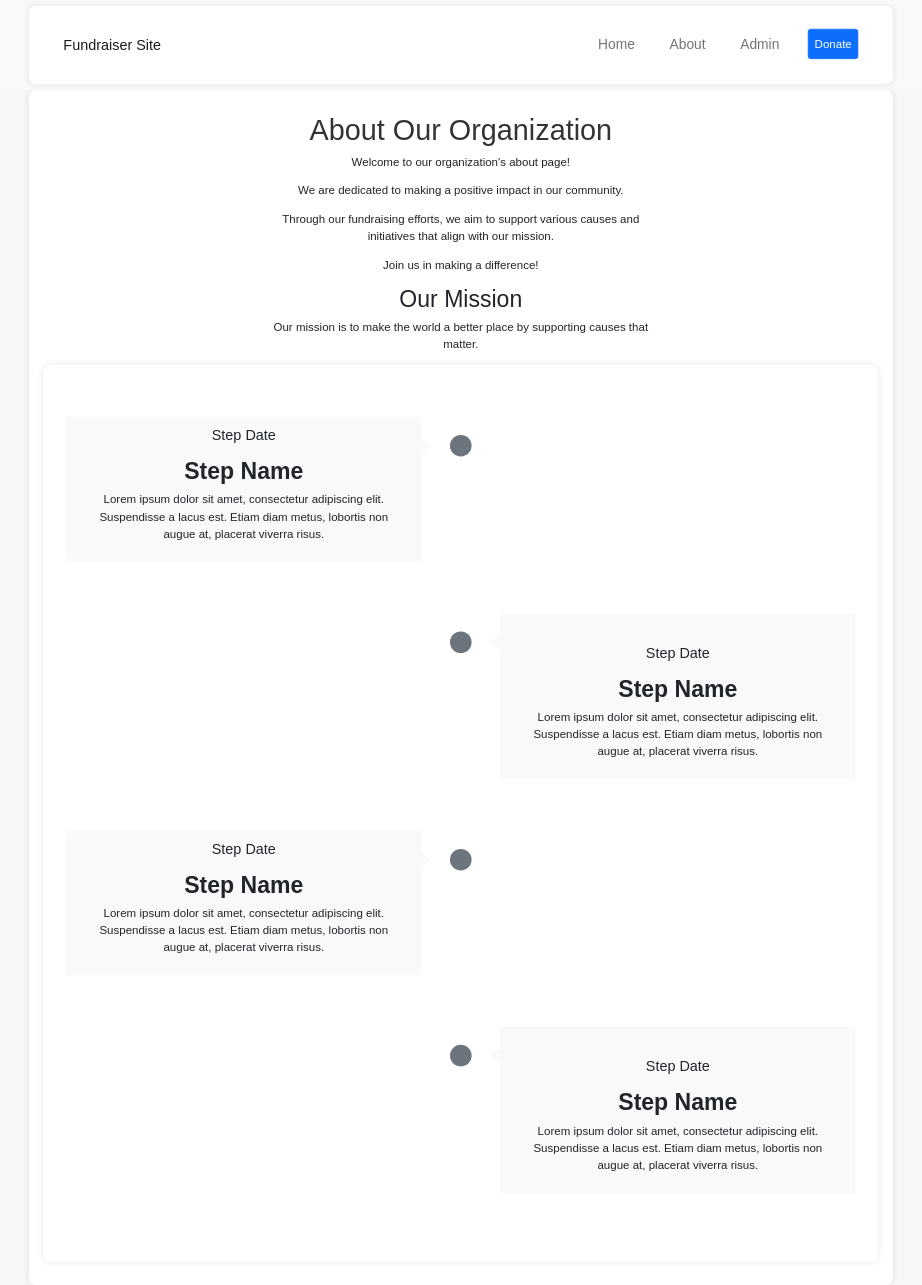
Repository: DragonFruit8/Fundraiser-Page
Page: /about
The author's editor kept a copy of each file at every save. The page is drawn from the files as they stood at one save, then again after the next save.
The browser window is 1280 px wide. The pictures show the whole page, at 72% of full size.
The project was rebuilt for these pictures with package versions that can differ from the ones it lists, and the page was loaded fresh each time. Also part of the build but not shown: src/pages/HomeContainer.js, src/pages/Donate.js, src/pages/Admin.js.

Above is the page before, as saved 2024-07-19 14:00:24.

After the next save:
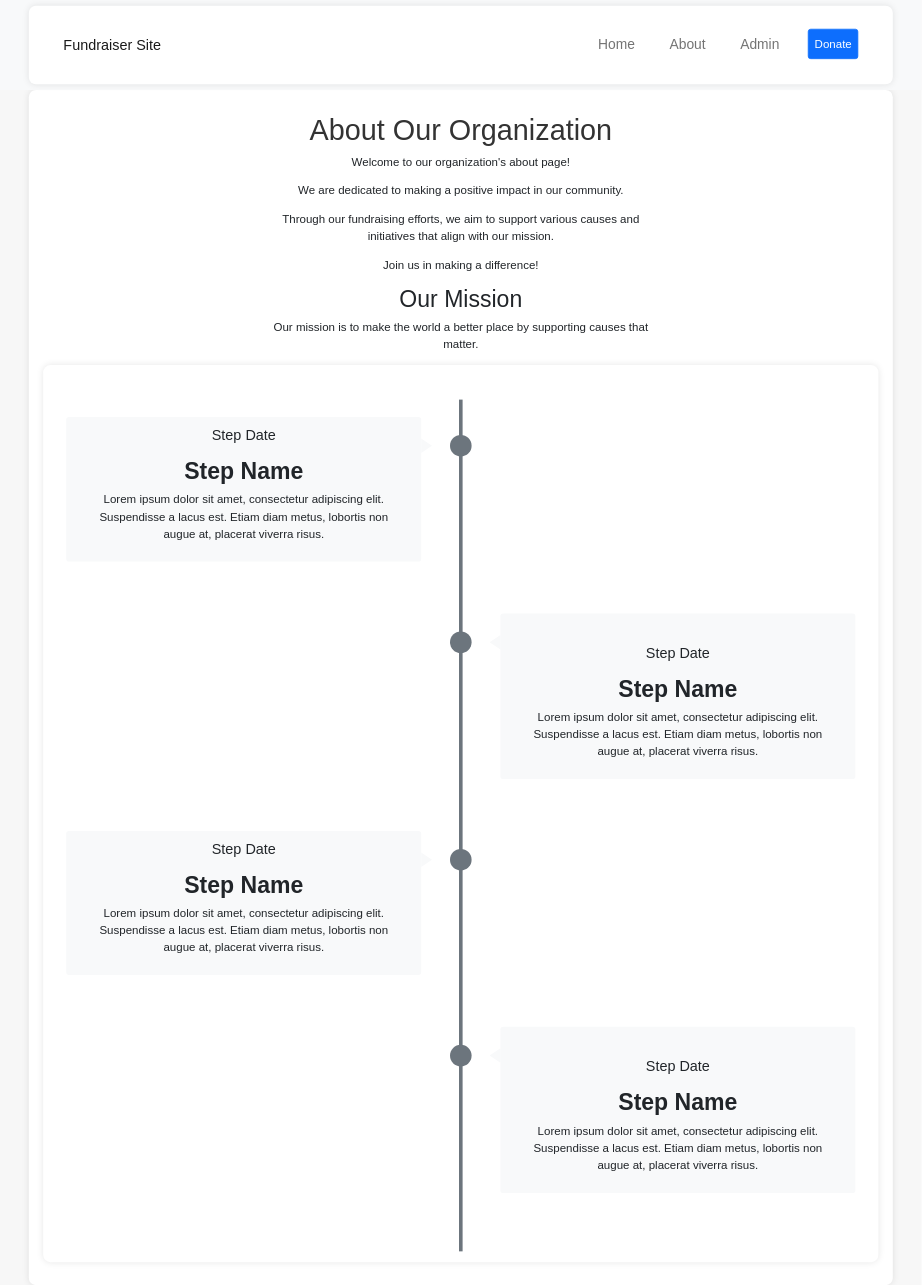
Saved 4 s later.
--- a/src/pages/About.js
+++ b/src/pages/About.js
@@ -3,7 +3,7 @@ import styled from 'styled-components';
 
 const AboutContainer = styled.div`
   text-align: center;
-   <style>
+
                             .timeline:before {
                                 content: "";
                             background: var(--bs-secondary);
